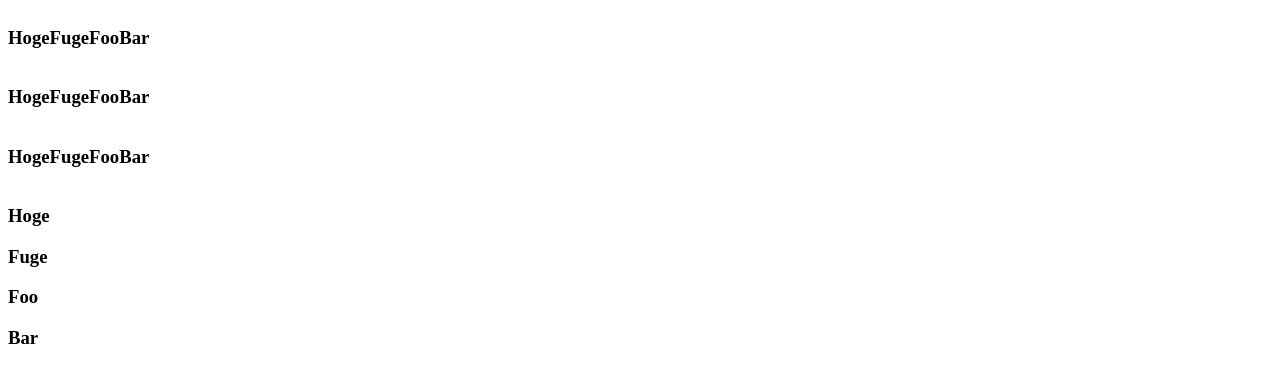
Repository: yoshi1924/samurai_HTML-CSS
Page: test.html
The author's editor kept a record of every edit. The page is drawn from the files as they stood at one moment, then again after the next edit.
The browser window is 1280 px wide. The pictures show the whole page.

Above is the page before.

After the next edit:
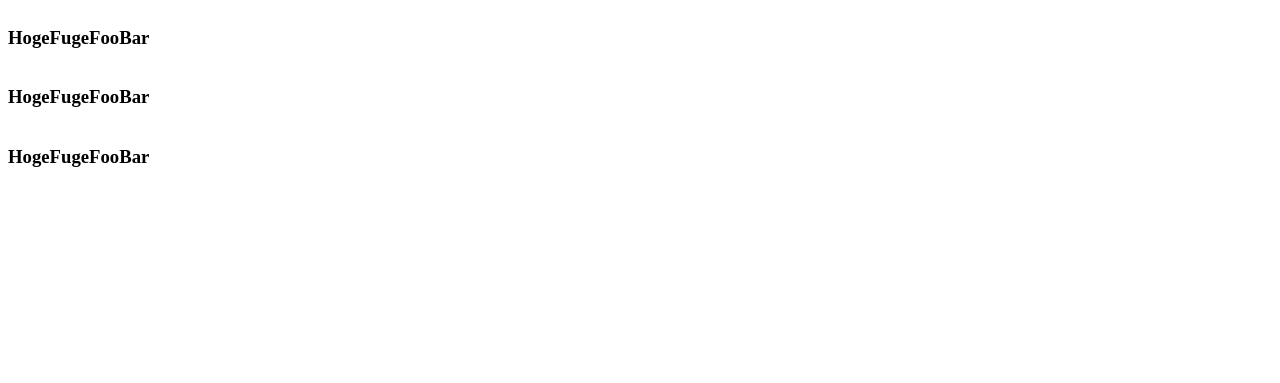
The edit:
--- a/test.html
+++ b/test.html
@@ -36,12 +36,5 @@
         <h3>Foo</h3>
         <h3>Bar</h3>
     </div>
-    <div id="column-reverse">
-        <h3>Hoge</h3>
-        <h3>Fuge</h3>
-        <h3>Foo</h3>
-        <h3>Bar</h3>
-    </div>
-
 </body>
 </html>
